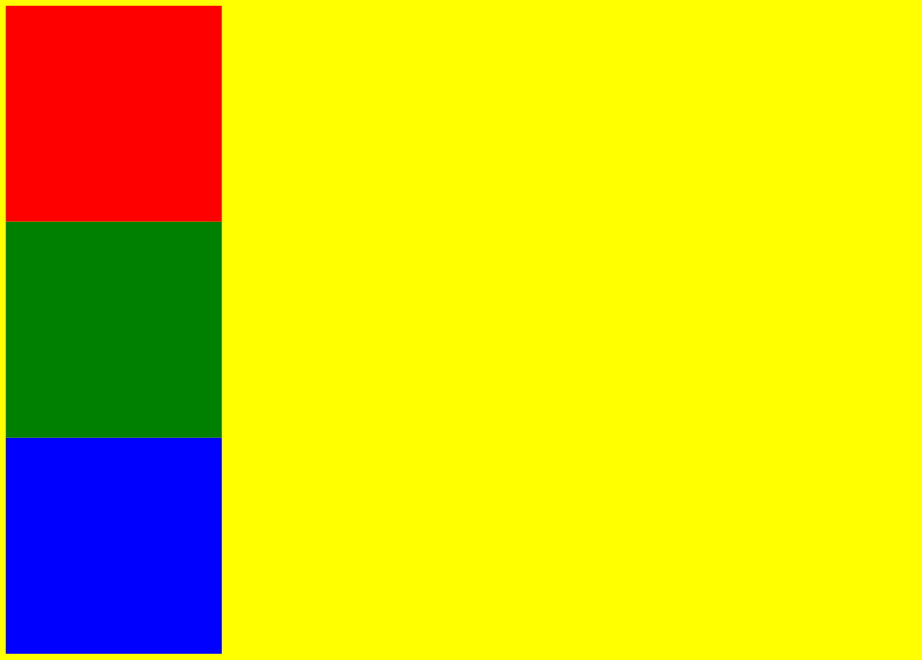
Repository: MicTomm/corso-frontend
Page: HTML/prova2/css.html
These files come from the project's save history. The page is drawn as it stood at one moment and after the next save; the edit follows.
The browser window is 1280 px wide. The pictures show the whole page, at 72% of full size.

Above is the page before, as saved 2023-11-08 16:08:07.

After the next save:
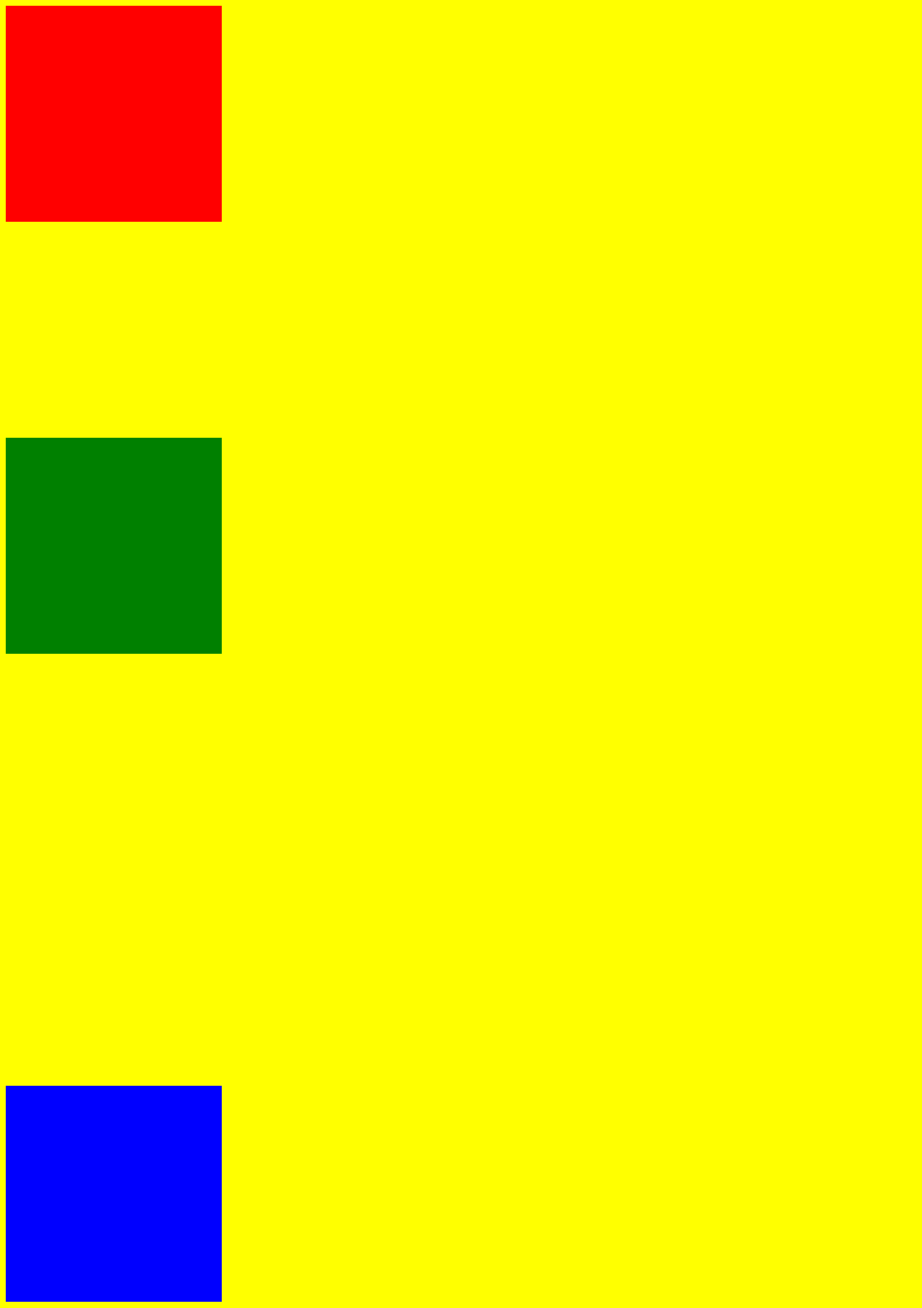
Saved 24 s later.
--- a/HTML/prova2/css.html
+++ b/HTML/prova2/css.html
@@ -9,7 +9,10 @@
 <body>
 
   <div id="uno"></div>
+  <div></div>
   <div id="due"></div>
+  <div></div>
+  <div></div>
   <div id="tre"></div>
 
 </body>
